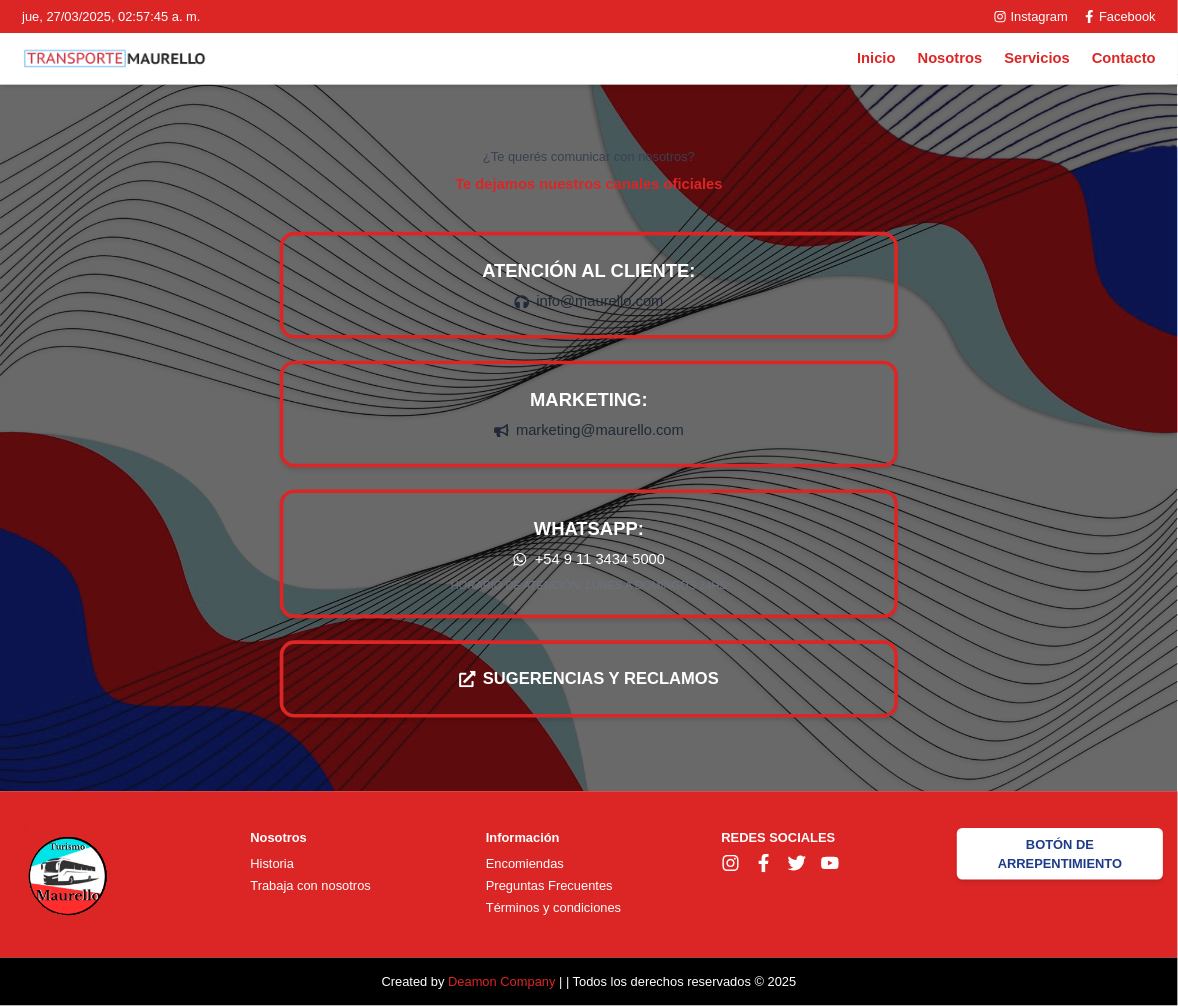
Repository: francoluca35/empresacolectivo
Page: /Contacto
An editor plug-in stored every save of this project. The page is shown before and after the next save, followed by the edit.
The browser window is 1280 px wide. The pictures show the whole page, at 92% of full size.
The project was rebuilt for these pictures with package versions that can differ from the ones it lists, and the page was loaded fresh each time. The framework's server and built-in components were replaced by stand-ins that run in the browser. Also part of the build but not shown: next.config.js, next.config.mjs.

Above is the page before, as saved 2025-03-27 03:07:30.

After the next save:
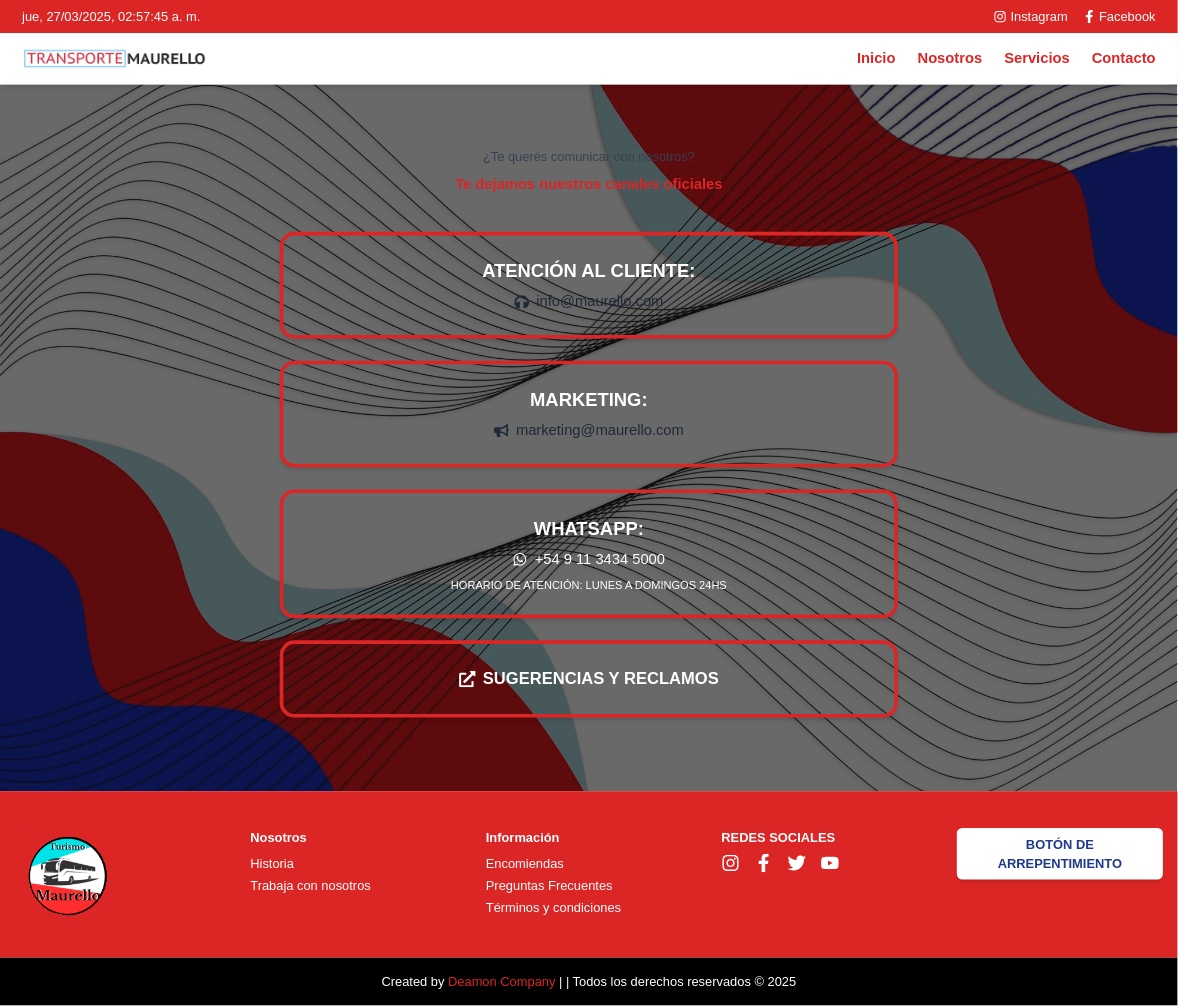
Saved 8 s later.
--- a/src/app/Contacto/page.js
+++ b/src/app/Contacto/page.js
@@ -44,7 +44,7 @@
           <p className="text-white flex justify-center items-center gap-2 mb-2">
             <FaWhatsapp /> +54 9 11 3434 5000
           </p>
-          <p className="text-xs text-gray-500">HORARIO DE ATENCIÓN: LUNES A DOMINGOS 24HS</p>
+          <p className="text-xs text-white">HORARIO DE ATENCIÓN: LUNES A DOMINGOS 24HS</p>
         </div>
 
         {/* Sugerencias y Reclamos */}
